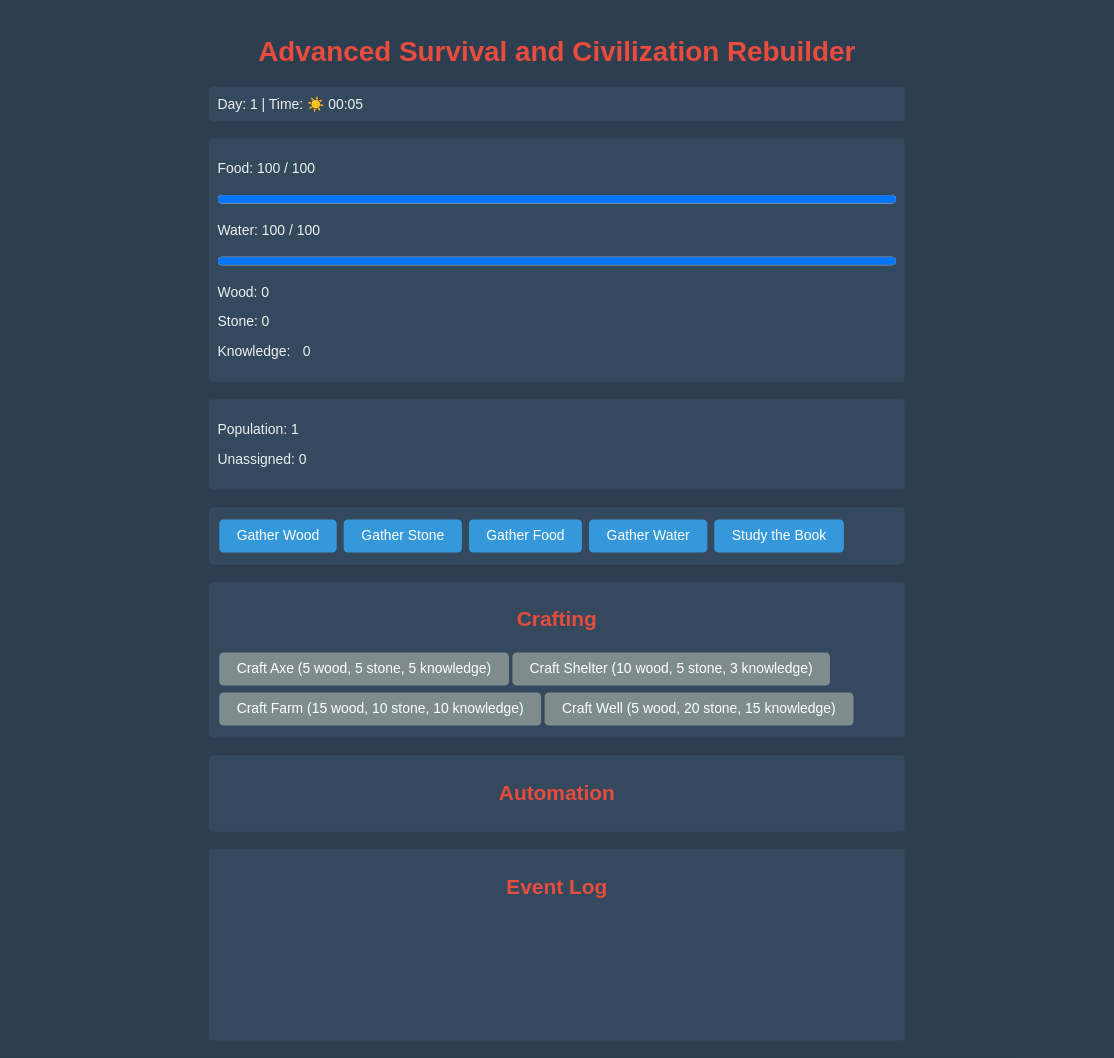
Repository: kingpinzs/afk-post-apocalyptic
Page: index.html
An editor plug-in stored every save of this project. The page is shown before and after the next save, followed by the edit.
The browser window is 1280 px wide. The pictures show the whole page, at 87% of full size.

Above is the page before, as saved 2024-09-10 08:02:39.

### index.html
<!DOCTYPE html>
<html lang="en">
<head>
    <meta charset="UTF-8">
    <meta name="viewport" content="width=device-width, initial-scale=1.0">
    <title>Advanced Survival and Civilization Rebuilder</title>
    <link rel="stylesheet" href="styles.css">
</head>
<body>
    <div id="game-container">
        <h1>Advanced Survival and Civilization Rebuilder</h1>
        <div id="day-night-cycle">
            Day: <span id="day-count">1</span> | Time: <span id="time-emoji">🌅</span> <span id="time-display">00:00</span>
        </div>
        <div id="resources">
            <p>Food: <span id="food">100</span> / 100</p>
            <progress id="food-bar" value="100" max="100"></progress>
            <p>Water: <span id="water">100</span> / 100</p>
            <progress id="water-bar" value="100" max="100"></progress>
            <p>Wood: <span id="wood">0</span></p>
            <p>Stone: <span id="stone">0</span></p>
            <p>Knowledge: <span id="knowledge">0</span></p>
        </div>
        <div id="population">
            <p>Population: <span id="population-count">1</span></p>
            <p>Unassigned: <span id="unassigned-population">0</span></p>
        </div>
        <div id="actions">
            <button id="gather-wood">Gather Wood</button>
            <button id="gather-stone">Gather Stone</button>
            <button id="gather-food">Gather Food</button>
            <button id="gather-water">Gather Water</button>
            <button id="study">Study the Book</button>
        </div>
        <div id="crafting">
            <h2>Crafting</h2>
            <div id="craftable-items"></div>
        </div>
        <div id="automation">
            <h2>Automation</h2>
            <div id="automation-controls"></div>
        </div>
        <div id="log">
            <h2>Event Log</h2>
            <ul id="event-log"></ul>
        </div>
    </div>

    <div id="puzzle-popup" class="popup">
        <h2 id="puzzle-title"></h2>
        <p id="puzzle-description"></p>
        <input type="text" id="puzzle-answer" placeholder="Enter your answer">
        <button id="submit-puzzle">Submit Answer</button>
    </div>

    <script type="module" src="game.js"></script>
</body>
</html>

### styles.css
body {
    font-family: Arial, sans-serif;
    background-color: #2c3e50;
    color: #ecf0f1;
    margin: 0;
    padding: 0;
}

#game-container {
    max-width: 800px;
    margin: 0 auto;
    padding: 20px;
}

h1, h2 {
    text-align: center;
    color: #e74c3c;
}

#day-night-cycle, #resources, #actions, #crafting, #knowledge, #population, #automation {
    background-color: #34495e;
    border-radius: 5px;
    padding: 10px;
    margin-bottom: 20px;
}

button {
    background-color: #3498db;
    border: none;
    color: white;
    padding: 10px 20px;
    text-align: center;
    text-decoration: none;
    display: inline-block;
    font-size: 16px;
    margin: 4px 2px;
    cursor: pointer;
    border-radius: 5px;
    transition: background-color 0.3s;
}

button:hover {
    background-color: #2980b9;
}

button:disabled {
    background-color: #7f8c8d;
    cursor: not-allowed;
}

#log {
    background-color: #34495e;
    border-radius: 5px;
    padding: 10px;
    height: 200px;
    overflow-y: scroll;
}

#event-log {
    list-style-type: none;
    padding: 0;
}

#event-log li {
    margin-bottom: 5px;
}

progress {
    width: 100%;
    height: 20px;
}

.popup {
    display: none;
    position: fixed;
    top: 50%;
    left: 50%;
    transform: translate(-50%, -50%);
    background-color: #34495e;
    padding: 20px;
    border-radius: 5px;
    z-index: 1000;
}

.popup input {
    width: 100%;
    padding: 5px;
    margin-top: 10px;
}

.popup button {
    margin-top: 10px;
}

### game.js
// game.js

import { gameState, CONSTANTS, loadKnowledgeData } from './gameState.js';
import { updateDisplay, updateTimeDisplay, updateTimeEmoji, logEvent } from './ui.js';
import { gatherResource, consumeResources, produceResources, checkPopulationGrowth, study } from './resources.js';
import { updateCraftableItems, submitPuzzleAnswer, showPuzzle } from './crafting.js';
import { updateAutomationControls } from './automation.js';

function initializeGame() {
    loadKnowledgeData().then(() => {
        updateCraftableItems();
        updateAutomationControls();
    });

    // Event listeners
    document.getElementById('gather-wood').addEventListener('click', () => gatherResource('wood'));
    document.getElementById('gather-stone').addEventListener('click', () => gatherResource('stone'));
    document.getElementById('gather-food').addEventListener('click', () => gatherResource('food'));
    document.getElementById('gather-water').addEventListener('click', () => gatherResource('water'));
    document.getElementById('study').addEventListener('click', study);
    document.getElementById('submit-puzzle').addEventListener('click', submitPuzzleAnswer);

    // Start game loop
    setInterval(gameLoop, 1000); // Update every second
}

function gameLoop() {
    updateTime();
    if (gameState.time === 0) { // Start of a new day
        consumeResources();
        produceResources();
        checkPopulationGrowth();
    }
    checkSurvival();
    updateDisplay();
}

function updateTime() {
    gameState.time = (gameState.time + 1) % (CONSTANTS.DAY_LENGTH * 60);
    if (gameState.time === 0) {
        gameState.day += 1;
    }
    updateTimeEmoji();
    updateTimeDisplay();
}

function checkSurvival() {
    if (gameState.food <= 0 || gameState.water <= 0) {
        alert('Game Over! Your population did not survive.');
        resetGame();
    }
}

function resetGame() {
    Object.assign(gameState, {
        food: 100,
        water: 100,
        wood: 0,
        stone: 0,
        knowledge: 0,
        population: 1,
        unassignedPopulation: 0,
        day: 1,
        time: 0,
        craftedItems: {},
        automationAssignments: {}
    });
    updateDisplay();
    updateCraftableItems();
    updateAutomationControls();
}

// Initialize the game
initializeGame();

### gameState.js
// gameState.js

export const gameState = {
    food: 100,
    water: 100,
    wood: 0,
    stone: 0,
    knowledge: 0,
    population: 1,
    unassignedPopulation: 0,
    day: 1,
    time: 0,
    craftedItems: {},
    automationAssignments: {}
};

export const CONSTANTS = {
    DAY_LENGTH: 10, // 10 minutes per day
    DAY_PHASE: 5, // 5 minutes of daylight
    POPULATION_THRESHOLD: 50 // Resources required for population growth
};

export let knowledgeData;

export function loadKnowledgeData() {
    return fetch('knowledge_data.json')
        .then(response => response.json())
        .then(data => {
            knowledgeData = data;
        });
}

### ui.js
// ui.js

import { gameState, CONSTANTS, knowledgeData } from './gameState.js';

export function updateDisplay() {
    document.getElementById('food').textContent = Math.floor(gameState.food);
    document.getElementById('water').textContent = Math.floor(gameState.water);
    document.getElementById('wood').textContent = gameState.wood;
    document.getElementById('stone').textContent = gameState.stone;
    document.getElementById('knowledge').textContent = gameState.knowledge;
    document.getElementById('food-bar').value = gameState.food;
    document.getElementById('water-bar').value = gameState.water;
    document.getElementById('population-count').textContent = gameState.population;
    document.getElementById('unassigned-population').textContent = gameState.unassignedPopulation;
    document.getElementById('day-count').textContent = gameState.day;
}

export function updateTimeDisplay() {
    const hours = Math.floor(gameState.time / 60);
    const minutes = gameState.time % 60;
    document.getElementById('time-display').textContent = `${hours.toString().padStart(2, '0')}:${minutes.toString().padStart(2, '0')}`;
}

export function updateTimeEmoji() {
    const timeEmojiElement = document.getElementById('time-emoji');
    if (gameState.time < CONSTANTS.DAY_PHASE * 60) {
        timeEmojiElement.textContent = '☀️';
    } else {
        timeEmojiElement.textContent = '🌙';
    }
}

export function logEvent(message) {
    const eventLog = document.getElementById('event-log');
    const li = document.createElement('li');
    li.textContent = message;
    eventLog.prepend(li);
    if (eventLog.children.length > 5) {
        eventLog.removeChild(eventLog.lastChild);
    }
}

### resources.js
// resources.js

import { gameState, CONSTANTS } from './gameState.js';
import { logEvent, updateDisplay } from './ui.js';
import { updateAutomationControls } from './automation.js';
import { updateCraftableItems } from './crafting.js';

export function gatherResource(resource) {
    let amount = 1;
    if (resource === 'wood' && gameState.craftedItems.axe) {
        amount = gameState.craftedItems.axe.effect.woodGatheringMultiplier;
    }
    gameState[resource] += amount;
    logEvent(`Gathered ${amount} ${resource}.`);
    updateDisplay();
    updateCraftableItems();
}

export function consumeResources() {
    const consumptionRate = gameState.craftedItems.shelter ? 0.5 : 1;
    const foodConsumption = Math.min(gameState.food, consumptionRate * gameState.population);
    const waterConsumption = Math.min(gameState.water, consumptionRate * gameState.population);

    gameState.food -= foodConsumption;
    gameState.water -= waterConsumption;

    logEvent(`Consumed ${foodConsumption.toFixed(1)} food and ${waterConsumption.toFixed(1)} water for the day.`);
}

export function produceResources() {
    if (gameState.craftedItems.farm) {
        const foodProduced = gameState.craftedItems.farm.effect.foodProductionRate * (gameState.automationAssignments.farm || 0);
        gameState.food += foodProduced;
        logEvent(`Farm produced ${foodProduced.toFixed(1)} food.`);
    }
    if (gameState.craftedItems.well) {
        const waterProduced = gameState.craftedItems.well.effect.waterProductionRate * (gameState.automationAssignments.well || 0);
        gameState.water += waterProduced;
        logEvent(`Well produced ${waterProduced.toFixed(1)} water.`);
    }
    gameState.food = Math.min(gameState.food, 100);
    gameState.water = Math.min(gameState.water, 100);
}

export function checkPopulationGrowth() {
    if (gameState.food >= CONSTANTS.POPULATION_THRESHOLD && gameState.water >= CONSTANTS.POPULATION_THRESHOLD) {
        gameState.population += 1;
        gameState.unassignedPopulation += 1;
        gameState.food -= CONSTANTS.POPULATION_THRESHOLD;
        gameState.water -= CONSTANTS.POPULATION_THRESHOLD;
        logEvent("The population has grown! You have a new unassigned worker.");
        updateAutomationControls();
    }
}

export function study() {
    gameState.knowledge += 1;
    logEvent('Studied the book. Gained 1 knowledge point.');
    updateDisplay();
    updateCraftableItems();
}

### crafting.js
// crafting.js

import { gameState, knowledgeData } from './gameState.js';
import { logEvent, updateDisplay } from './ui.js';
import { updateAutomationControls } from './automation.js';

export function updateCraftableItems() {
    const craftableItemsContainer = document.getElementById('craftable-items');
    craftableItemsContainer.innerHTML = '';
    knowledgeData.items.forEach(item => {
        if (!gameState.craftedItems[item.id]) {
            const canCraft = Object.entries(item.requirements).every(([resource, amount]) => gameState[resource] >= amount);
            const button = document.createElement('button');
            button.textContent = `Craft ${item.name} (${Object.entries(item.requirements).map(([resource, amount]) => `${amount} ${resource}`).join(', ')})`;
            button.disabled = !canCraft;
            button.addEventListener('click', () => showPuzzle(item));
            craftableItemsContainer.appendChild(button);
        }
    });
}
submitPuzzleAnswer
export function submitPuzzleAnswer() {
    const puzzlePopup = document.getElementById('puzzle-popup');
    const itemId = puzzlePopup.dataset.itemId;
    const item = knowledgeData.items.find(i => i.id === itemId);
    if (document.getElementById('puzzle-answer').value.toLowerCase() === item.puzzleAnswer.toLowerCase()) {
        craftItem(item);
        puzzlePopup.style.display = 'none';
    } else {
        alert('Incorrect answer. Try again!');
    }
}


function craftItem(item) {
    Object.entries(item.requirements).forEach(([resource, amount]) => {
        gameState[resource] -= amount;
    });
    gameState.craftedItems[item.id] = item;
    logEvent(`Crafted ${item.name}!`);
    updateDisplay();
    updateCraftableItems();
    updateAutomationControls();
}

// Make sure showPuzzle is exported
export function showPuzzle(item) {
    const puzzlePopup = document.getElementById('puzzle-popup');
    document.getElementById('puzzle-title').textContent = `Craft ${item.name}`;
    document.getElementById('puzzle-description').textContent = item.puzzle;
    document.getElementById('puzzle-answer').value = '';
    puzzlePopup.style.display = 'block';
    puzzlePopup.dataset.itemId = item.id;
}

### automation.js
// automation.js

import { gameState } from './gameState.js';
import { updateDisplay } from './ui.js';

export function updateAutomationControls() {
    const automationControlsContainer = document.getElementById('automation-controls');
    automationControlsContainer.innerHTML = '';
    Object.entries(gameState.craftedItems).forEach(([itemId, item]) => {
        if (item.effect.foodProductionRate || item.effect.waterProductionRate) {
            const div = document.createElement('div');
            div.innerHTML = `
                <p>${item.name}: <span id="${itemId}-assigned">0</span> assigned</p>
                <button id="${itemId}-assign">+</button>
                <button id="${itemId}-unassign">-</button>
            `;
            automationControlsContainer.appendChild(div);

            document.getElementById(`${itemId}-assign`).addEventListener('click', () => assignWorker(itemId));
            document.getElementById(`${itemId}-unassign`).addEventListener('click', () => unassignWorker(itemId));
        }
    });
}

function assignWorker(itemId) {
    if (gameState.unassignedPopulation > 0) {
        gameState.automationAssignments[itemId] = (gameState.automationAssignments[itemId] || 0) + 1;
        gameState.unassignedPopulation -= 1;
        updateAutomationDisplay();
    }
}

function unassignWorker(itemId) {
    if (gameState.automationAssignments[itemId] > 0) {
        gameState.automationAssignments[itemId] -= 1;
        gameState.unassignedPopulation += 1;
        updateAutomationDisplay();
    }
}

function updateAutomationDisplay() {
    Object.entries(gameState.automationAssignments).forEach(([itemId, count]) => {
        const assignedElement = document.getElementById(`${itemId}-assigned`);
        if (assignedElement) {
            assignedElement.textContent = count;
        }
    });
    updateDisplay();
}

### knowledge_data.json
{
    "items": [
      {
        "id": "axe",
        "name": "Axe",
        "description": "Improves wood gathering efficiency",
        "requirements": {
          "wood": 5,
          "stone": 5,
          "knowledge": 5
        },
        "puzzle": "What has a handle and a head, but no arms or legs?",
        "puzzleAnswer": "axe",
        "effect": {
          "woodGatheringMultiplier": 2
        }
      },
      {
        "id": "shelter",
        "name": "Shelter",
        "description": "Reduces resource consumption",
        "requirements": {
          "wood": 10,
          "stone": 5,
          "knowledge": 3
        },
        "puzzle": "I keep you safe, I keep you dry, I'm built with care, up toward the sky. What am I?",
        "puzzleAnswer": "shelter",
        "effect": {
          "resourceConsumptionMultiplier": 0.5
        }
      },
      {
        "id": "farm",
        "name": "Farm",
        "description": "Produces food over time",
        "requirements": {
          "wood": 15,
          "stone": 10,
          "knowledge": 10
        },
        "puzzle": "With seeds and soil, sun and rain, I help your food to grow again. What am I?",
        "puzzleAnswer": "farm",
        "effect": {
          "foodProductionRate": 0.1
        }
      },
      {
        "id": "well",
        "name": "Well",
        "description": "Produces water over time",
        "requirements": {
          "wood": 5,
          "stone": 20,
          "knowledge": 15
        },
        "puzzle": "Deep in the earth, I'm built with care, to bring up something vital and rare. What am I?",
        "puzzleAnswer": "well",
        "effect": {
          "waterProductionRate": 0.2
        }
      }
    ]
  }

After the next save:
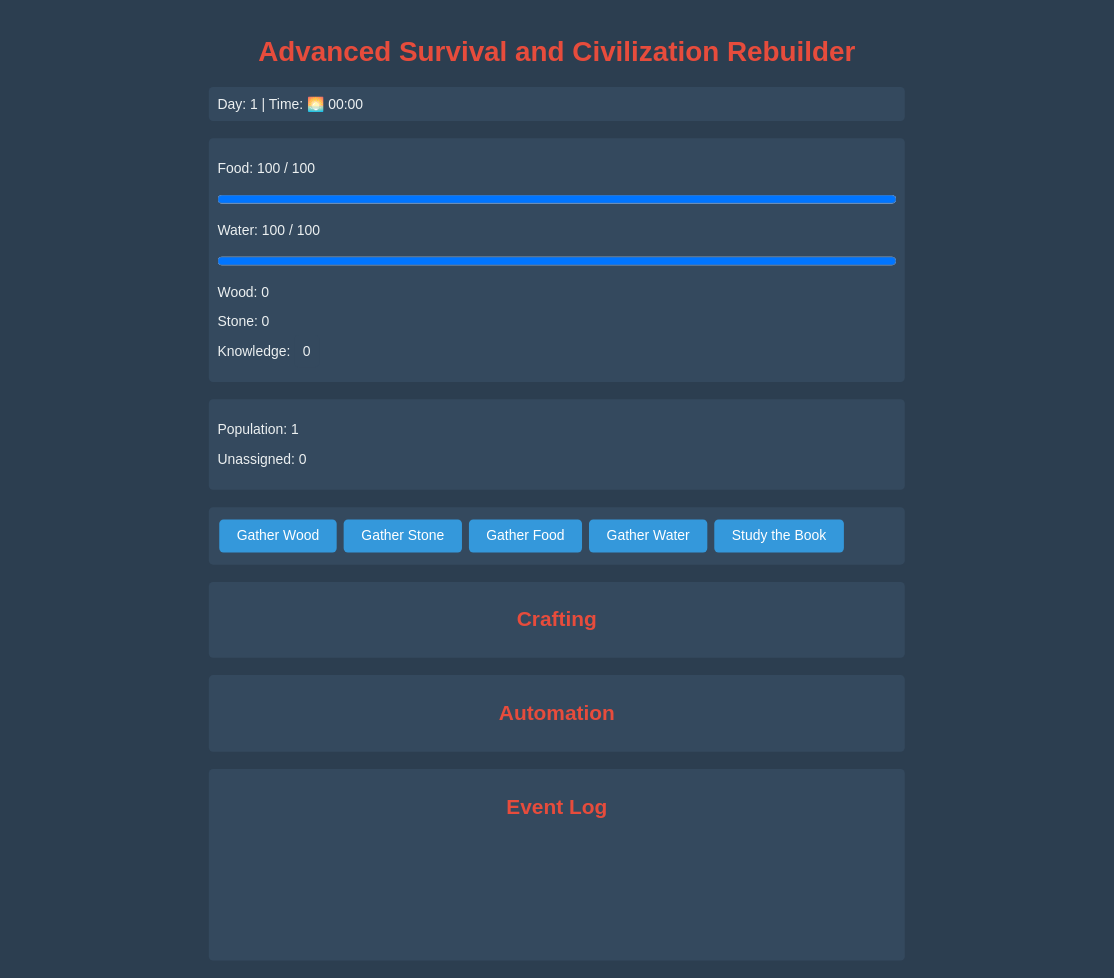
Console error: SyntaxError: Unexpected token 'export'
Saved 7 s later.
--- a/crafting.js
+++ b/crafting.js
@@ -18,7 +18,7 @@
         }
     });
 }
-submitPuzzleAnswer
+export function submitPuzzleAnswer
 export function submitPuzzleAnswer() {
     const puzzlePopup = document.getElementById('puzzle-popup');
     const itemId = puzzlePopup.dataset.itemId;

After the save that followed:
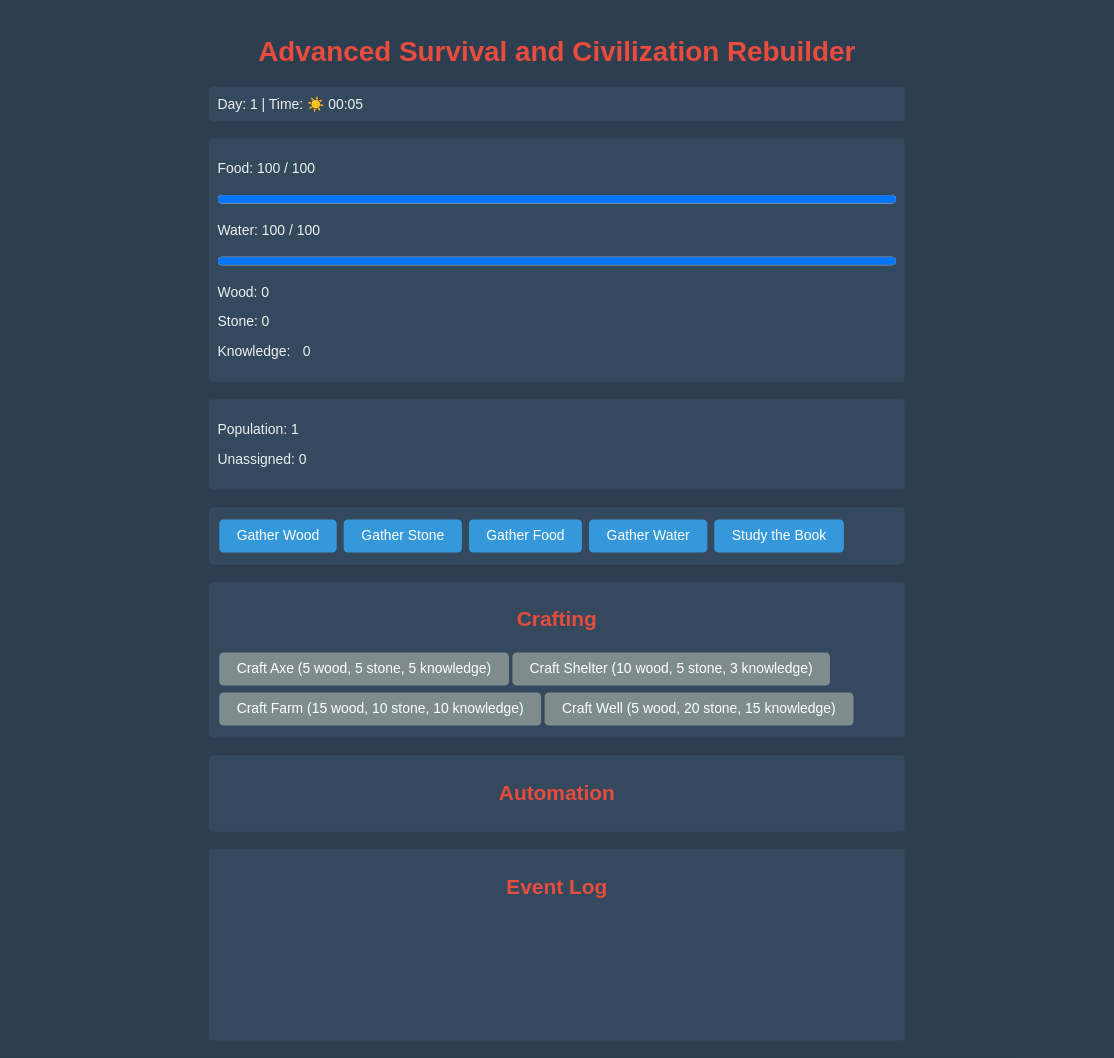
The error is gone.
Saved 8 s later.
--- a/crafting.js
+++ b/crafting.js
@@ -18,7 +18,7 @@
         }
     });
 }
-export function submitPuzzleAnswer
+
 export function submitPuzzleAnswer() {
     const puzzlePopup = document.getElementById('puzzle-popup');
     const itemId = puzzlePopup.dataset.itemId;
